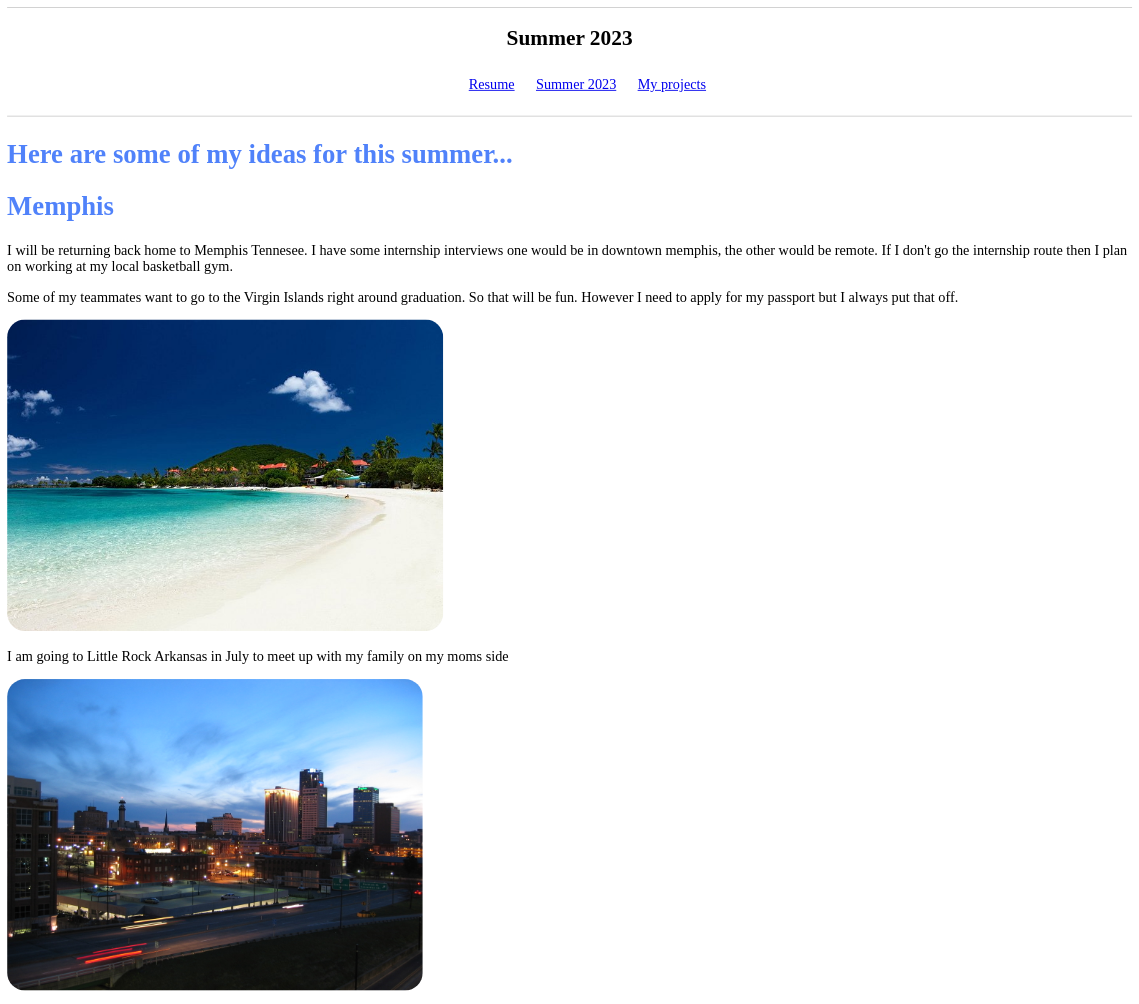
Repository: kayacancode/itm361project1
Page: summer2023.html
The author's editor kept a copy of each file at every save. The page is drawn from the files as they stood at one save, then again after the next save.
The browser window is 1280 px wide. The pictures show the whole page, at 89% of full size.
Some web fonts or font styles are not loaded; a fallback is used.

Above is the page before, as saved 2023-03-04 13:43:59.

### summer2023.html
<!DOCTYPE html>
<html lang="en">
  <head>
    <meta charset="UTF-8" />
    <meta http-equiv="X-UA-Compatible" content="IE=edge" />
    <meta name="viewport" content="width=device-width, initial-scale=1.0" />
    <title>Summer 2023</title>
    <link rel="stylesheet" href="css/style.css" />

  </head>
  <header>
    <nav>
      <h1>Summer 2023</h1>
      <ul>
        <li><a href="index.html">Resume</a></li>
        <li><a href="summer2023.html">Summer 2023</a></li>
        <li><a href="projects.html">My projects</a></li>
      </ul>
    </nav>
  </header>
  <body>
    <h2>Here are some of my ideas for this summer...</h2>
    <div class="trips">
      <h2>Memphis </h2>
      <p>I will be returning back home to Memphis Tennesee. I have some internship interviews one would be in downtown memphis, the other would be remote. If I don't go the internship route then I plan on working at my local basketball gym.</p>
    <section>
    <p>
      Some of my teammates want to go to the Virgin Islands right around
      graduation. So that will be fun. However I need to apply for my passport
      but I always put that off.
    </p>
    <img
      src="images/virginislands.jpeg"
      alt="virgin islands"

    />
  </section>
<section>
  <p>
      I am going to Little Rock Arkansas in July to meet up with my family on my
      moms side
    </p>
    <img
      src="images/littlerock.jpeg"
      alt="little rock"

    />
  </section>
</div>
  </body>
</html>

### css/style.css
@import url("https://fonts.googleapis.com/css2?family=Tilt+Warp&display=swap");



nav{
    border:1px solid #ccc;
    border-width:1px 0;
    list-style:none;
    margin:0;
    padding:0;
    text-align:center;
}
nav li{
    display:inline;
}
nav a{
    display:inline-block;
    padding:10px;
}

h1{
    font-family: "Tilt Warp", cursive;

}
h2{
    font-size: 30px;
    font-family: "Tilt Warp", cursive;
    color:#5082FA;
}

.websites img{
    display: block;
    margin-left: auto;
    margin-right: auto;
    max-width: 50%;
    height: 350px;
    border-radius: 20px;
}

.trips img{
    max-width: 50%;
    height: 350px;
    border-radius: 20px;
    margin-left: auto;
    margin-right: auto;
}

After the next save:
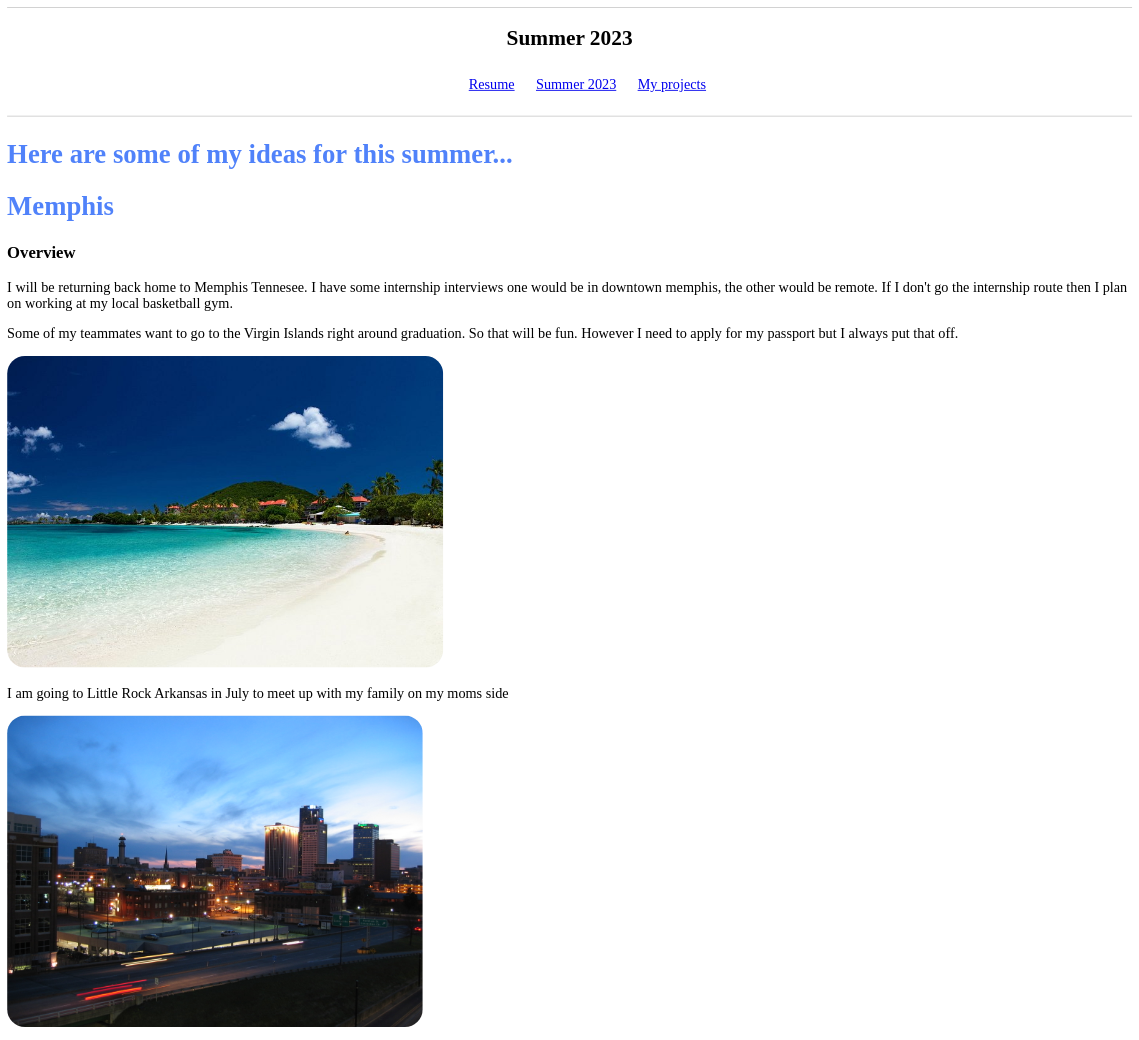
Saved 5 min 55 s later.
--- a/summer2023.html
+++ b/summer2023.html
@@ -22,6 +22,7 @@
     <h2>Here are some of my ideas for this summer...</h2>
     <div class="trips">
       <h2>Memphis </h2>
+      <h3>Overview</h3>
       <p>I will be returning back home to Memphis Tennesee. I have some internship interviews one would be in downtown memphis, the other would be remote. If I don't go the internship route then I plan on working at my local basketball gym.</p>
     <section>
     <p>
